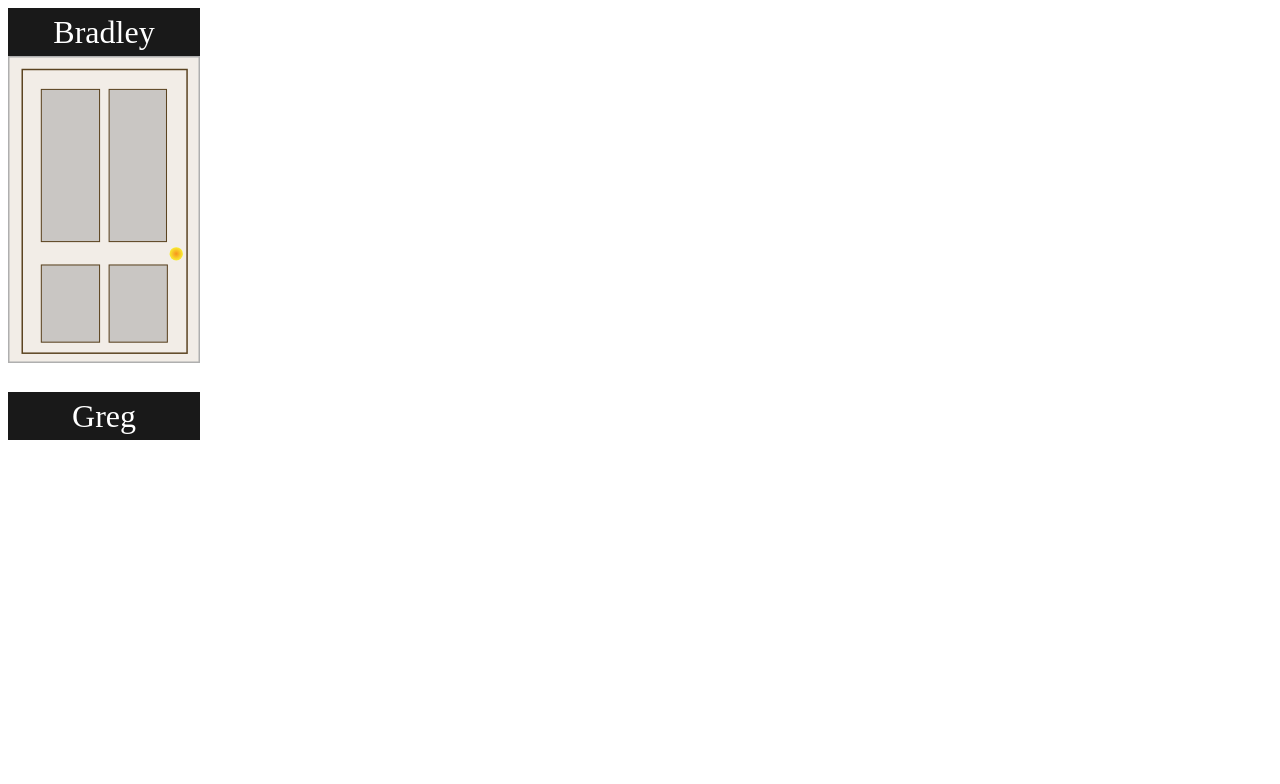
Repository: dnguyen130/HelpAHomieV3
Page: doors.html
These files come from the project's save history. The page is drawn as it stood at one moment and after the next save; the edit follows.
The browser window is 1280 px wide. The pictures show the whole page.

Above is the page before, as saved 2021-03-10 19:18:07.

After the next save:
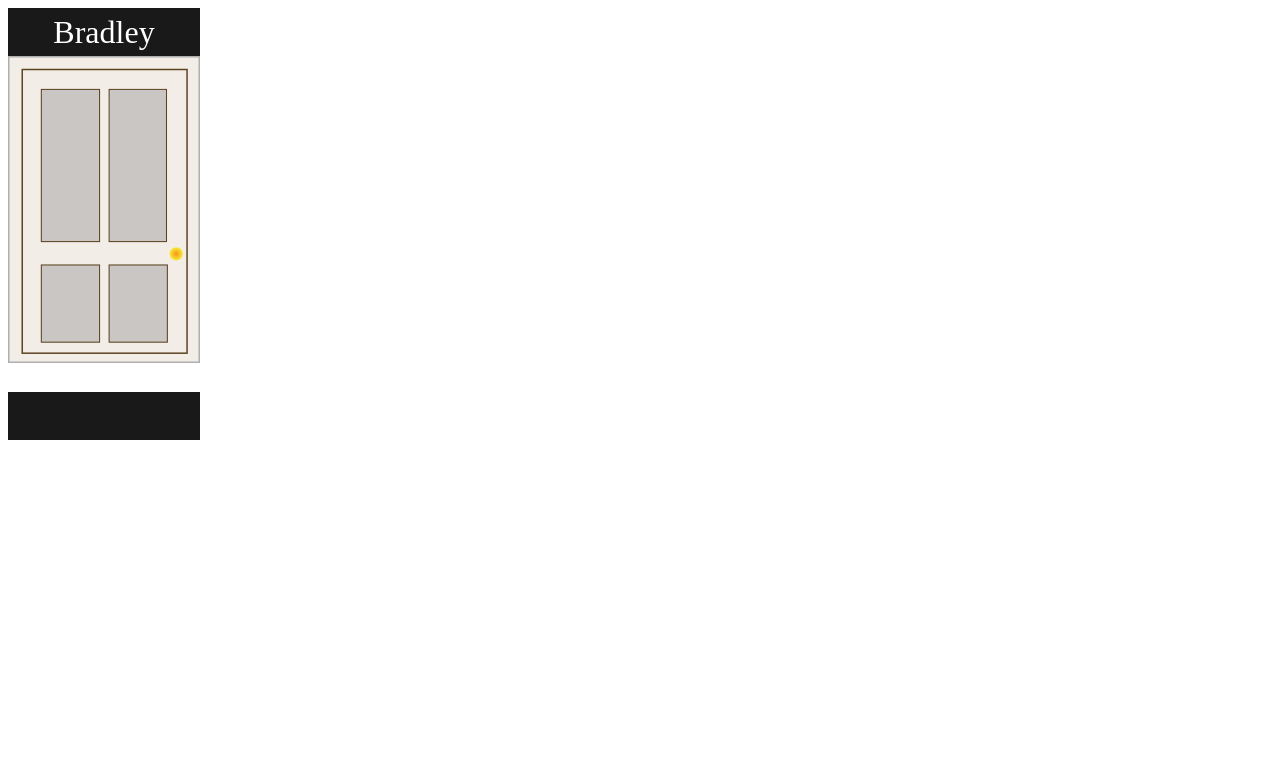
Saved 29 s later.
--- a/comps/Door/index.js
+++ b/comps/Door/index.js
@@ -1,4 +1,4 @@
-function DoorUI(image="images/doorclosed.svg", hoverimage="images/dooropened.svg", text="Bradley"){
+function DoorUI(text="Bradley", image="images/doorclosed.svg", hoverimage="images/dooropened.svg"){
     return `
         <div style="
             width: 12rem;
